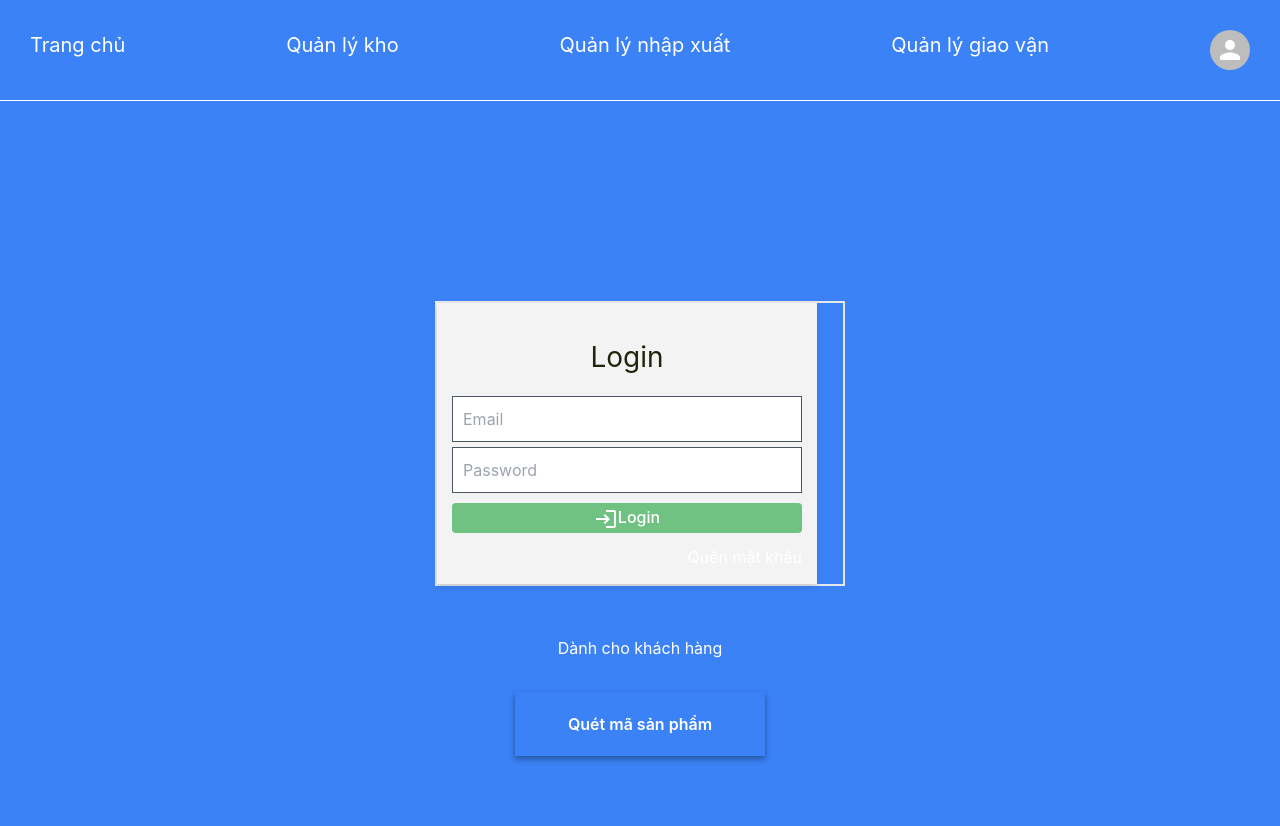
Repository: Kiendz3202/warehouse-management
Page: /login
The author's editor kept a copy of each file at every save. The page is drawn from the files as they stood at one save, then again after the next save.
The browser window is 1280 px wide. The pictures show the whole page.
The project was rebuilt for these pictures with package versions that can differ from the ones it lists, and the page was loaded fresh each time. The framework's server and built-in components were replaced by stand-ins that run in the browser. Also part of the build but not shown: next.config.js.

Above is the page before, as saved 2022-06-21 10:37:56.

### pages/_app.js
import '../styles/globals.css'
import Layout from '../components/Layout/Layout'

function MyApp({ Component, pageProps }) {
  return <Layout>
    <Component {...pageProps} />
  </Layout>
}

export default MyApp

### pages/login/index.js
import React from 'react'
import Login from '../../components/Auth/Login'
import LoginIcon from '@mui/icons-material/Login';


function LoginPage() {
    return (
        <div>
            <Login />
            <div className='max-w-[250px] w-full mx-auto mt-[30px] '>
                <div className=' text-center  p-[20px] mb-3 cursor-pointer hover:opacity-90'>Dành cho khách hàng</div>
                <div className=' text-center  p-[20px] shadow-shadowCustom font-semibold cursor-pointer hover:opacity-90'>Quét mã sản phẩm</div>
            </div>
        </div>
    )
}

export default LoginPage

### components/Layout/Layout.js
import React from 'react'
import Header from '../Header/Header'

function Layout({ children }) {
    return (
        <div>
            <div className=" max-w-[1536px] mx-auto pb-[70px] bg-blue-500 text-white">
                <Header />
                <main className=''>
                    {children}
                </main>
            </div>
        </div>
    )
}

export default Layout

### components/Auth/Login.js
import React from 'react'
import LoginIcon from '@mui/icons-material/Login';

function Login() {
    return (
        <div className=' max-w-[410px] w-full m-auto border-2 mt-[200px]'>
            <form className='flex flex-col w-[380px] p-[15px] bg-[#f3f3f3] drop-shadow-md'>
                <p className=' text-center text-[#212509] text-[28px] my-[18px]'>Login</p>
                <div className=' justify-center mb-[5px] '>
                    <input type="email" className='w-full p-[10px] border border-gray-600 outline-blue-300' placeholder='Email' />
                    {/* {isValidated.email ?? <p>{isValidated.email}</p>} */}
                </div>
                <div className=' justify-center mb-[10px] '>
                    <input type="password" className='w-full p-[10px] border border-gray-600 outline-blue-300' placeholder='Password' />
                    {/* {isValidated.password ?? <p>{isValidated.password}</p>} */}
                </div>
                <button className=' bg-[#70c282] h-[30px] rounded text-white font-medium'>
                    <LoginIcon />
                    Login
                </button>
                {/* {errorMessage ?? <p>email or password is wrong!</p>} */}
                <p className=' ml-auto mt-3 cursor-pointer hover:opacity-80'>Quên mật khẩu</p>
            </form>
        </div>
    )
}

export default Login

### components/Header/Header.js
import React from 'react'
import { Avatar } from '@mui/material'
import Link from 'next/link'

function Header() {
    return (
        <div className=' flex justify-between px-[30px] py-[30px] text-[20px] border-b border-white'>
            <div><Link href='/'><span className=' cursor-pointer hover:opacity-80'>Trang chủ</span></Link></div>
            <div><Link href='/warehouse-management'><span className=' cursor-pointer hover:opacity-80'>Quản lý kho</span></Link></div>
            <div><span className=' cursor-pointer hover:opacity-80'>Quản lý nhập xuất</span></div>
            <div><span className=' cursor-pointer hover:opacity-80'>Quản lý giao vận</span></div>
            <div><span className=' cursor-pointer'><Avatar /></span></div>
        </div>
    )
}

export default Header

### tailwind.config.js
module.exports = {
  content: [
    "./pages/**/*.{js,ts,jsx,tsx}",
    "./components/**/*.{js,ts,jsx,tsx}",
  ],
  theme: {
    extend: {
      boxShadow: {
        'shadowCustom': 'rgba(0, 0, 0, 0.16) 0px 3px 6px, rgba(0, 0, 0, 0.23) 0px 3px 6px',
      }
    },
  },
  plugins: [],
}

Loaded but not shown: styles/globals.css (common file)

After the next save:
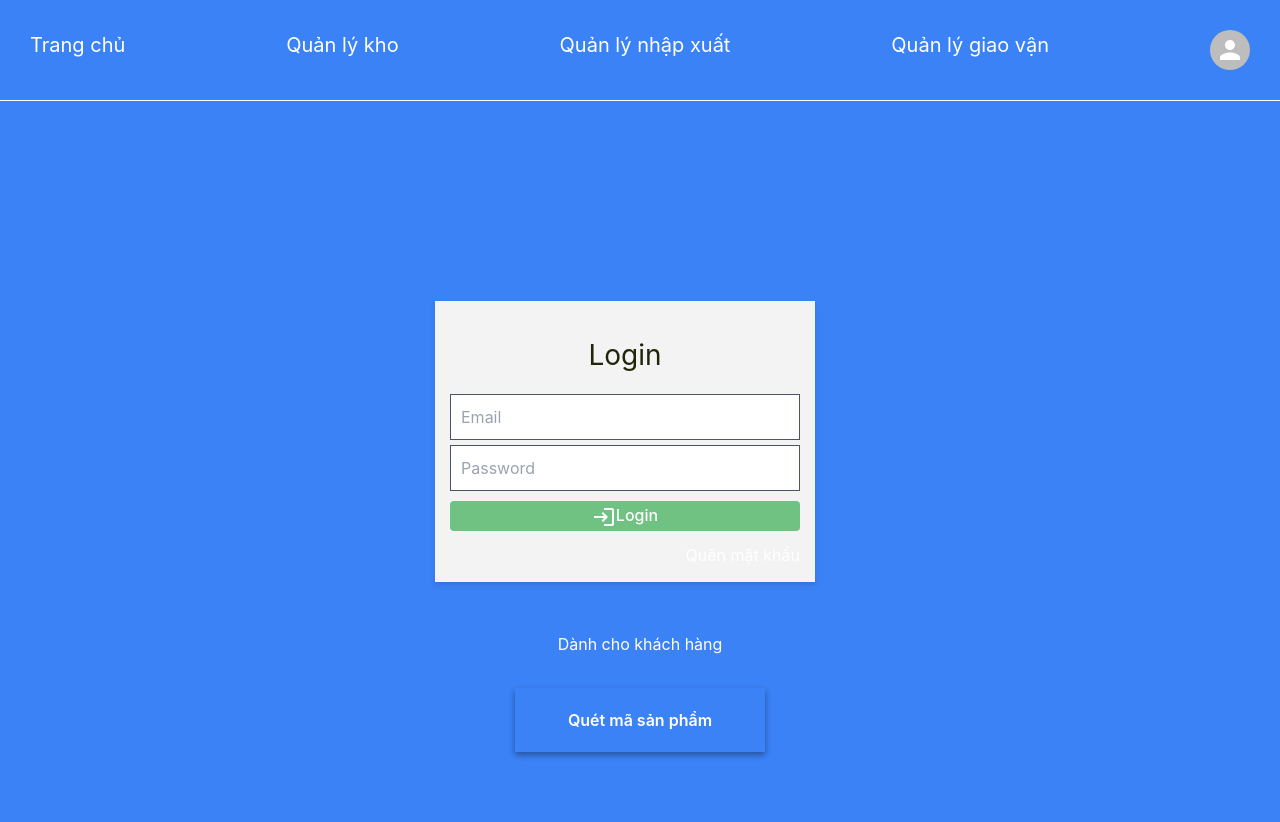
Saved 19 min 48 s later.
--- a/components/Auth/Login.js
+++ b/components/Auth/Login.js
@@ -3,7 +3,7 @@
 
 function Login() {
     return (
-        <div className=' max-w-[410px] w-full m-auto border-2 mt-[200px]'>
+        <div className=' max-w-[410px] w-full m-auto  mt-[200px]'>
             <form className='flex flex-col w-[380px] p-[15px] bg-[#f3f3f3] drop-shadow-md'>
                 <p className=' text-center text-[#212509] text-[28px] my-[18px]'>Login</p>
                 <div className=' justify-center mb-[5px] '>

After the save that followed:
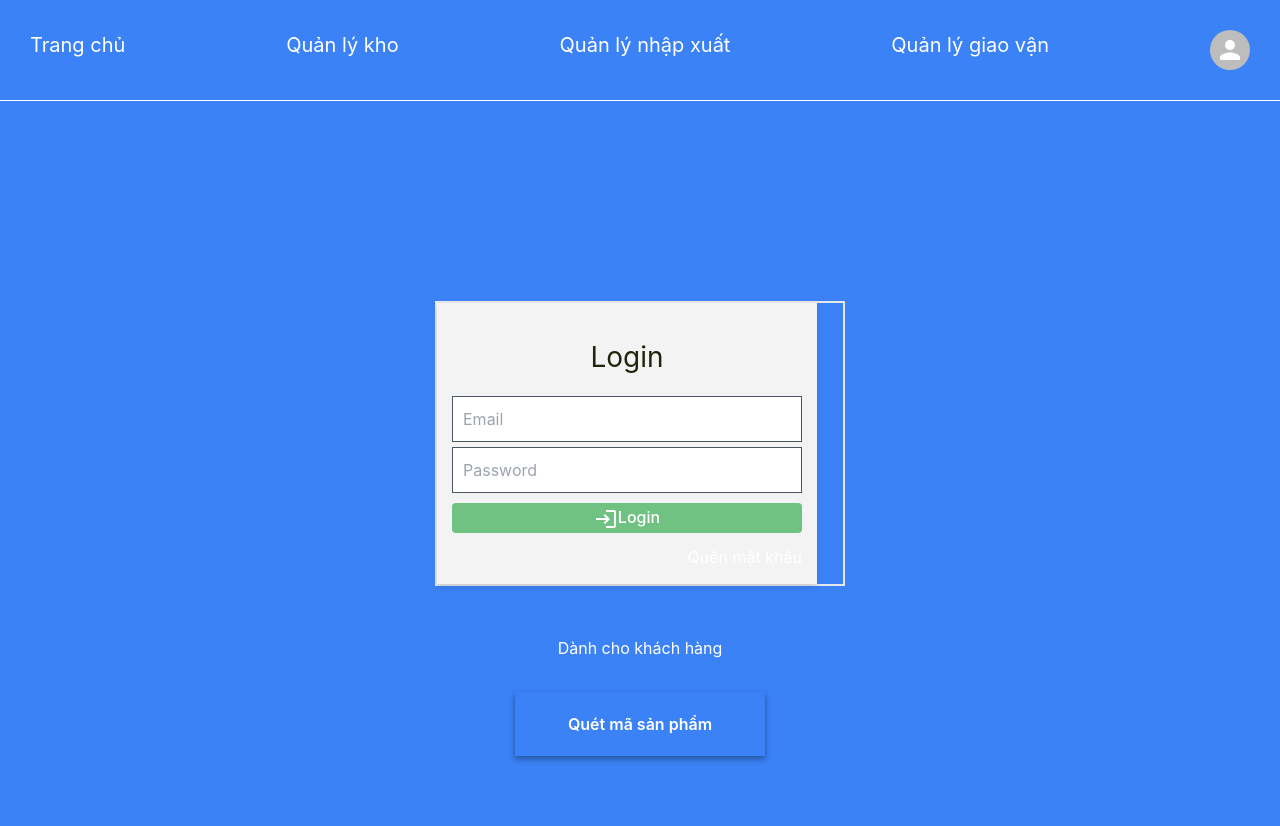
Saved 14 s later.
--- a/components/Auth/Login.js
+++ b/components/Auth/Login.js
@@ -3,7 +3,7 @@
 
 function Login() {
     return (
-        <div className=' max-w-[410px] w-full m-auto  mt-[200px]'>
+        <div className=' max-w-[410px] w-full m-auto border-2 mt-[200px]'>
             <form className='flex flex-col w-[380px] p-[15px] bg-[#f3f3f3] drop-shadow-md'>
                 <p className=' text-center text-[#212509] text-[28px] my-[18px]'>Login</p>
                 <div className=' justify-center mb-[5px] '>
